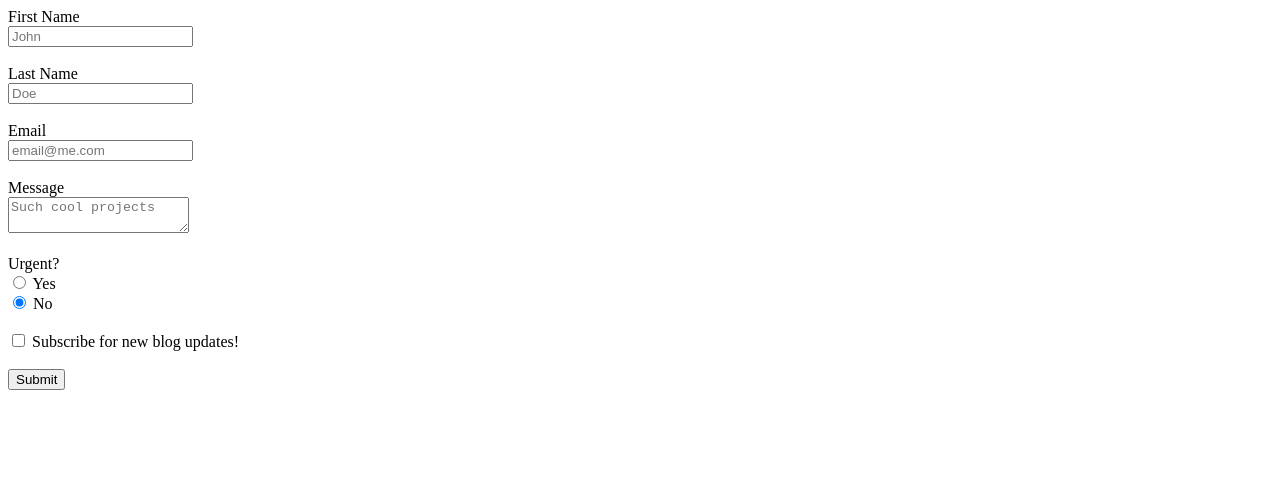
Repository: SamirIngley/html-semantic
Page: contact.html
These files come from the project's save history. The page is drawn as it stood at one moment and after the next save; the edit follows.
The browser window is 1280 px wide. The pictures show the whole page.

Above is the page before, as saved 2020-01-28 16:17:14.

### contact.html
<!DOCTYPE html>
<html lang="en">
<head>
    <meta charset="UTF-8">
    <meta name="viewport" content="width=device-width, initial-scale=1.0">
    <meta http-equiv="X-UA-Compatible" content="ie=edge">
    <title>Contact</title>
</head>
<body>

<form action="process.php" method="POST">
        <div>
            <label>First Name</label><br>
            <input type="text" name="firstName" placeholder="John">
        </div>
        <br>
        <div>
            <label>Last Name</label><br>
            <input type="text" name="lastName" placeholder="Doe">
        </div>
        <br>
        <div>
            <label>Email</label><br>
            <input type="email" name="email" placeholder="email@me.com">
        </div>
        <br>
        <div>
            <label>Message</label><br>
            <textarea name="message" placeholder="Such cool projects"></textarea>
        </div>
        <br>
        <div>

                Urgent?<br>
            <label>
                <input type="radio" name="urgent" value="true">
                Yes
             </label><br>

                <label>
                     <input type="radio" name="urgent" value="false" checked>
                      No<br>
                </label>

        </div>
        <br>
        <div>
            <label>
                <input type="checkbox" name="Subscribe for updates" value="subscribe"> Subscribe for new blog updates!<br>
            </label>
        </div>
        <br>
        <div>
            <input type="submit" name="submit" value="Submit">
        </div>
</form>
</body>

</html>

After the next save:
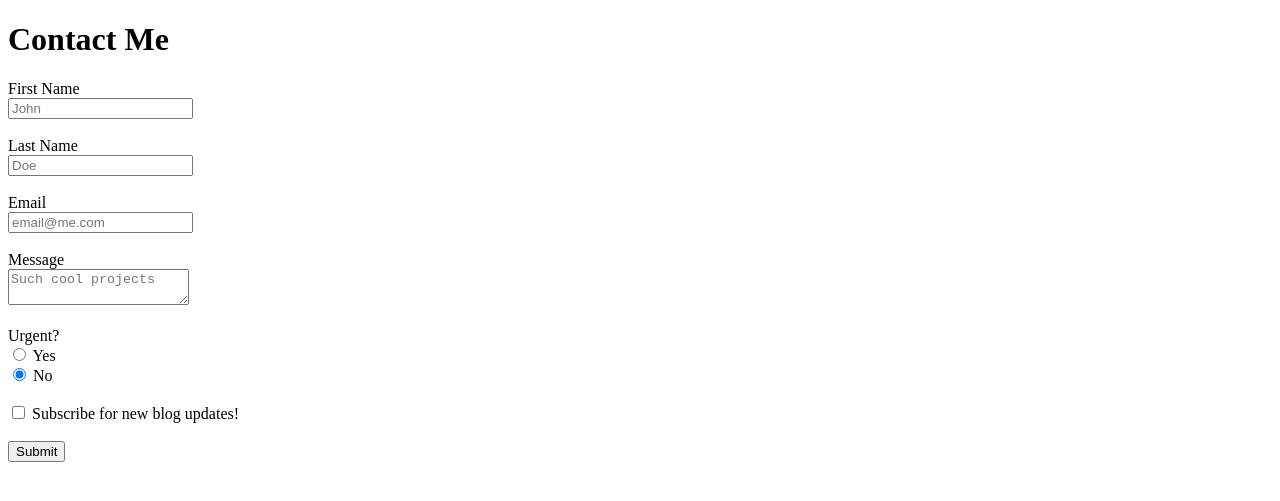
Saved 12 s later.
--- a/contact.html
+++ b/contact.html
@@ -7,7 +7,7 @@
     <title>Contact</title>
 </head>
 <body>
-
+<h1>Contact Me</h1>
 <form action="process.php" method="POST">
         <div>
             <label>First Name</label><br>
